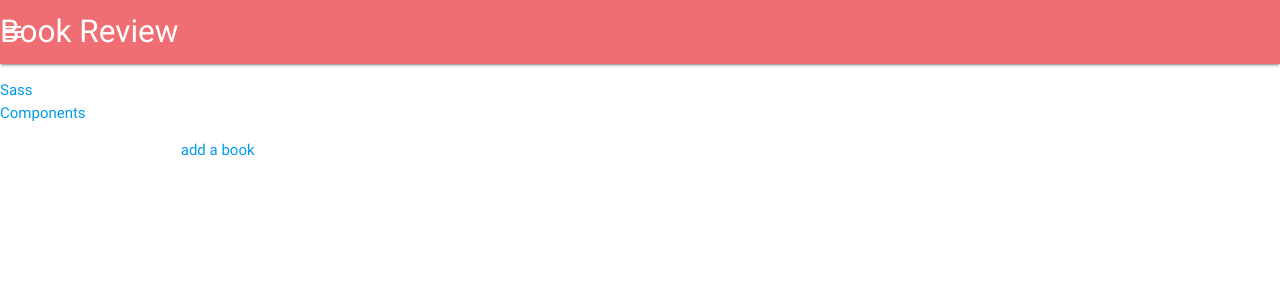
Repository: h8130084/bookReview
Page: http://localhost/
The author's editor kept a record of every edit. The page is drawn from the files as they stood at one moment, then again after the next edit.
The browser window is 1280 px wide. The pictures show the whole page.
Some web libraries are served in a nearby version. The page is served by the project's application, run on Flask 3 (app.py). Queries for data that is not in the repository find no rows.

Above is the page before.
Console error: ReferenceError: M is not defined

### templates/books.html
{% extends 'base.html' %} {% block content %}

<div class="row">
    <ul>
        {% for book in books%}

        <div class="col s12">
            <li> <a href="{{url_for('book_info', book_id=book._id)}}">{{book.Title}}</a>
            <!--    <li>{{book.Author}}</li>-->
            <!--    <li>{{book.Genre}}</li>-->
            <!--    <li>{{book.Year}}</li>-->
            <!--    <li>{{book.Image_URL}}</li>-->
            <!--    <li>{{book.Amazon}}</li>-->
            <!--    <li>{{book.Review}}</li>-->
            <!--{{book.upvotes}}-->
            </li><br>
        </div>
        {% endfor %}
    </ul>

    <a href="{{url_for('add_book')}}"> add a book</a>
</div>

{% endblock %}

### templates/base.html
<!DOCTYPE html>
<html lang="en">

<head>
    <meta charset="UTF-8">
    <meta name="viewport" content="width=device-width, initial-scale=1.0">
    <meta http-equiv="X-UA-Compatible" content="ie=edge">

    <link href="https://fonts.googleapis.com/icon?family=Material+Icons" rel="stylesheet">
    <link href="https://fonts.googleapis.com/css?family=Raleway&display=swap" rel="stylesheet">
    <link rel="stylesheet" href="https://cdnjs.cloudflare.com/ajax/libs/materialize/0.100.2/css/materialize.min.css">
    <link rel="stylesheet" href="{{url_for('static', filename='style.css')}}" type="text/css" />

    <title>Document</title>
</head>

<body>
    <header>
        <nav>
            <div class="nav-wrapper">
                <a href="#!" class="brand-logo">Book Review</a>
                <a href="#" data-target="mobile-demo" class="sidenav-trigger"><i class="material-icons">menu</i></a>
                <ul class="right hide-on-med-and-down">
                    <li><a href="sass.html">Sass</a></li>
                    <li><a href="badges.html">Components</a></li>
                </ul>
            </div>
        </nav>

        <ul class="sidenav" id="mobile-demo">
            <li><a href="sass.html">Sass</a></li>
            <li><a href="badges.html">Components</a></li>
        </ul>
    </header>
    <div class="container">
        {% block content %} {% endblock %}

        <script src="https://cdnjs.cloudflare.com/ajax/libs/jquery/3.2.1/jquery.min.js"></script>
        <script src="https://cdnjs.cloudflare.com/ajax/libs/materialize/0.100.2/js/materialize.min.js"></script>
        <script>

            $(document).ready(function() {
                $('.tabs').tabs();
            });

            $('#Review').val('New Text');
            M.textareaAutoResize($('#Review'));
        </script>

        <script>

            $(document).ready(function() {
                $('.sidenav').sidenav();
            });
        </script>
    </div>
</body>


</html>

### app.py
import os
from flask import Flask, render_template, redirect, request, url_for
from flask_pymongo import PyMongo
from bson.objectid import ObjectId
import env

app = Flask(__name__)

app.config["MONGO_DBNAME"] = 'book_review'
app.config["MONGO_URI"] = env.MONGO_URI


mongo = PyMongo(app)

@app.route('/')
@app.route('/ get_books')
def get_books():
     return render_template("books.html", books=mongo.db.book_details.find())

@app.route('/edit_book/<book_id>')
def edit_book(book_id):
    the_book = mongo.db.book_details.find_one({"_id": ObjectId(book_id)})
    all_categories = mongo.db.categories.find()
    return render_template('editbook.html', book=the_book, categories=all_categories)

@app.route('/update_book/<book_id>', methods=["POST"])
def update_book(book_id):
    books = mongo.db.book_details
    books.update( {'_id': ObjectId(book_id)},
    {
        'Title': request.form.get('Title'),
        'Author': request.form.get('Author'),
        'Genre': request.form.get('Genre'),
        'Year': request.form.get('Year'),
        'Image_URL': request.form.get('Image_URL'),
        'Amazon': request.form.get('Amazon'),
        'Review': request.form.get('Review')
    })
    return redirect(url_for('get_books'))

#book details page
@app.route('/book_info/<book_id>')
def book_info(book_id):
    the_book = mongo.db.book_details.find_one({"_id": ObjectId(book_id)})
    all_categories = mongo.db.categories.find()
    return render_template('bookdetails.html', book=the_book, categories=all_categories)

# displays add books page
@app.route('/add_book')
def add_book():
    return render_template('addbook.html')

#  takes the details from the form and adds the book to the database, then redirects to home page
@app.route('/insert_book', methods=['POST'])
def insert_book():

    new_book = {
        'Title': request.form.get('Title'),
        'Author': request.form.get('Author'),
        'Genre': request.form.get('Genre'),
        'Year': request.form.get('Year'),
        'Image_URL': request.form.get('Image_URL'),
        'Amazon': request.form.get('Amazon'),
        'Review': request.form.get('Review'),
        'upvotes': 0,
    }

    books = mongo.db.book_details
    books.insert_one(new_book)
    # ----- get books should be home page to display that the book just added is present
    return redirect(url_for('get_books'))

# delete the book
@app.route('/delete_book/<book_id>')
def delete_book(book_id):
    mongo.db.book.remove({'_id': ObjectId(book_id)})
    return redirect(url_for('get_books'))


if __name__ == '__main__':
    app.run(host=os.environ.get('IP'),
    port=int(os.environ.get('PORT')),
    debug=True)

Loaded but not shown: static/style.css (no copy from this time; the picture is the same without it)

After the next edit:
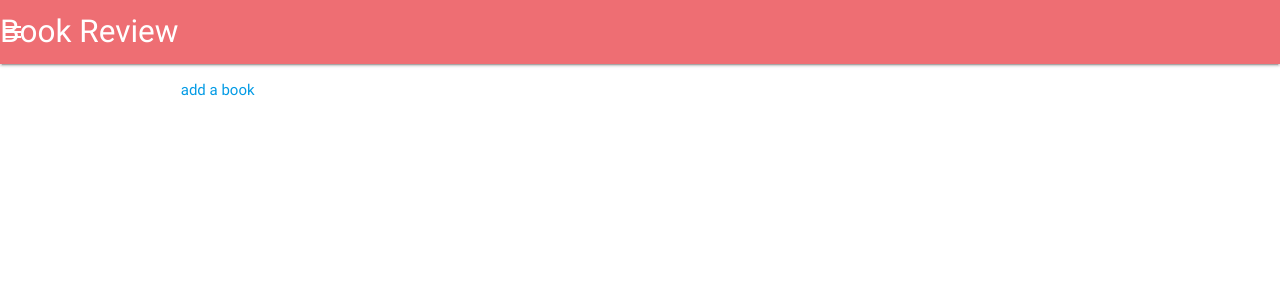
The edit:
--- a/templates/base.html
+++ b/templates/base.html
@@ -25,12 +25,11 @@
                     <li><a href="badges.html">Components</a></li>
                 </ul>
             </div>
+
+
         </nav>
 
-        <ul class="sidenav" id="mobile-demo">
-            <li><a href="sass.html">Sass</a></li>
-            <li><a href="badges.html">Components</a></li>
-        </ul>
+
     </header>
     <div class="container">
         {% block content %} {% endblock %}
@@ -38,7 +37,6 @@
         <script src="https://cdnjs.cloudflare.com/ajax/libs/jquery/3.2.1/jquery.min.js"></script>
         <script src="https://cdnjs.cloudflare.com/ajax/libs/materialize/0.100.2/js/materialize.min.js"></script>
         <script>
-
             $(document).ready(function() {
                 $('.tabs').tabs();
             });
@@ -48,7 +46,6 @@
         </script>
 
         <script>
-
             $(document).ready(function() {
                 $('.sidenav').sidenav();
             });
